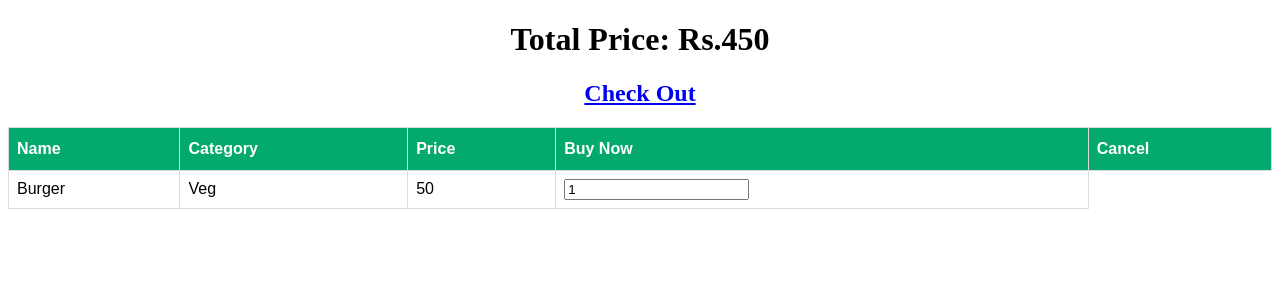
Repository: Shreya200012/FoodBox
Page: http://localhost/foodWeb/cart.jsp
These files come from the project's save history. The page is drawn as it stood at one moment and after the next save; the edit follows.
The browser window is 1280 px wide. The pictures show the whole page.
Some web libraries are served in a nearby version. The page is served by Tomcat 9.

Above is the page before, as saved 2022-06-13 17:48:08.

After the next save:
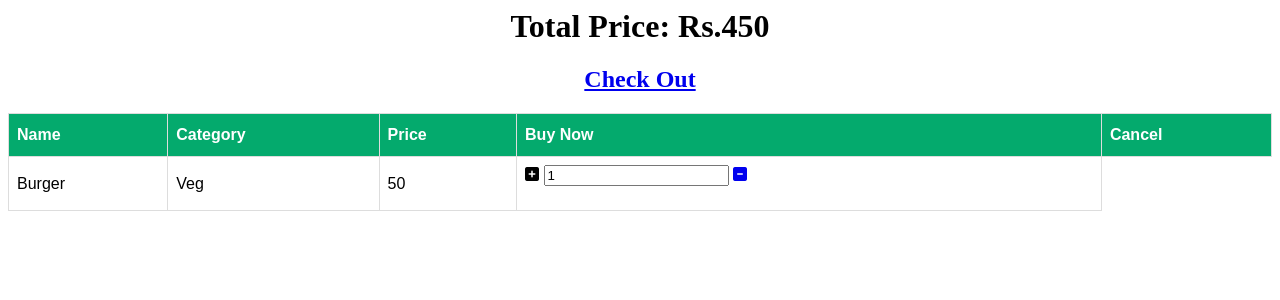
Saved 2 min 24 s later.
--- a/foodWeb/src/main/webapp/cart.jsp
+++ b/foodWeb/src/main/webapp/cart.jsp
@@ -1,5 +1,6 @@
 <%@ page language="java" contentType="text/html; charset=ISO-8859-1"
     pageEncoding="ISO-8859-1"%>
+<link rel="stylesheet" href="https://cdnjs.cloudflare.com/ajax/libs/font-awesome/6.1.1/css/all.min.css" />
 <!DOCTYPE html>
 <html>
 <head>
